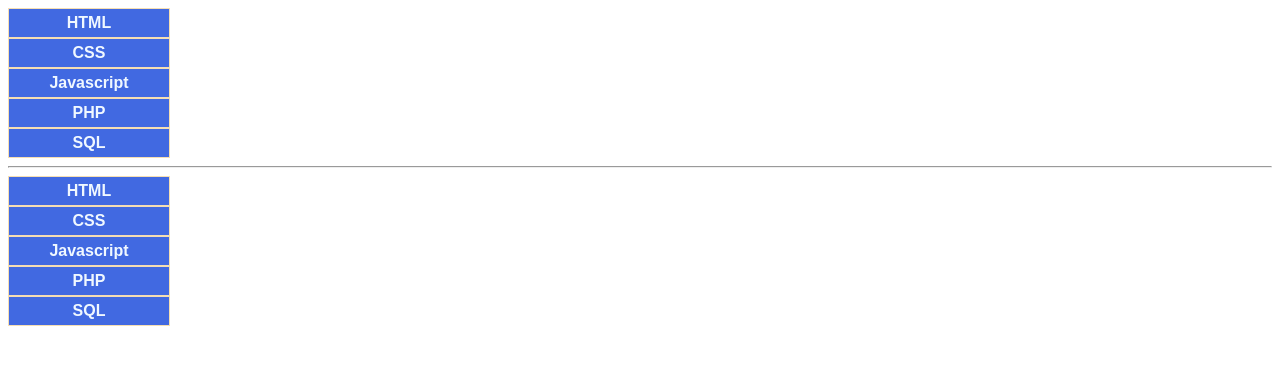
Repository: Pr-DuyTam/HTML-CSS-JS-PHP
Page: CSS/Bài Tập CSS/Bai2.html
The author's editor kept a copy of each file at every save. The page is drawn from the files as they stood at one save, then again after the next save.
The browser window is 1280 px wide. The pictures show the whole page.

Above is the page before, as saved 2023-08-03 09:18:11.

### CSS/Bài Tập CSS/Bai2.html
<!DOCTYPE html>
<html lang="en">
<head>
    <meta charset="UTF-8">
    <meta name="viewport" content="width=device-width, initial-scale=1.0">
    <title>Bài tập 2</title>
    <style>
        a{

            width:150px;
            border: thin solid wheat;
            font-weight: bold;
            display: block;
            font-size: 12pt;
            font-family: Arial, Helvetica, sans-serif;
            text-align: center;
            padding: 5px; /*Thêm vào khoảng không cho thành phần*/
            text-decoration: none ; /*Định dạng văn bản thường, mặc định*/
        }
        a:link{
            color: aliceblue;
            background-color: #4169e1;
        }
        a:hover{ /*Di chuyển chuột*/
            color: white;
            background-color: #87ceeb;
        }
        a:visited{
            color: yellow;
            background-color: #4169e1;
        }
        a:active{
            color: red;
            background-color: #aee22b;
        }
    </style>
</head>
<body>
    <a href="http://www.w3schools.com/html/default.app">HTML</a>
    <a href="http://www.w3schools.com/CSS/default.app">CSS</a>
    <a href="http://www.w3schools.com/js/default.app">Javascript</a>
    <a href="http://www.w3schools.com/php/default.app">PHP</a>
    <a href="http://www.w3schools.com/sql/default.app">SQL</a>
<hr>
<div>
    <a href="http://www.w3schools.com/html/default.app">HTML</a>
    <a href="http://www.w3schools.com/CSS/default.app">CSS</a>
    <a href="http://www.w3schools.com/js/default.app">Javascript</a>
    <a href="http://www.w3schools.com/php/default.app">PHP</a>
    <a href="http://www.w3schools.com/sql/default.app">SQL</a>
</div>

</body>
</html>

After the next save:
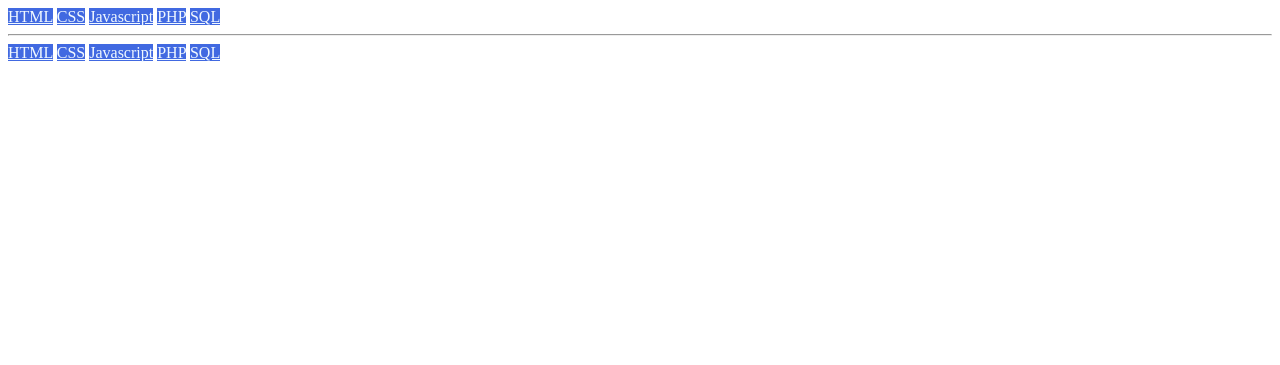
Saved 8 s later.
--- a/CSS/Bài Tập CSS/Bai2.html
+++ b/CSS/Bài Tập CSS/Bai2.html
@@ -5,7 +5,7 @@
     <meta name="viewport" content="width=device-width, initial-scale=1.0">
     <title>Bài tập 2</title>
     <style>
-        a{
+        div.a{
 
             width:150px;
             border: thin solid wheat;
